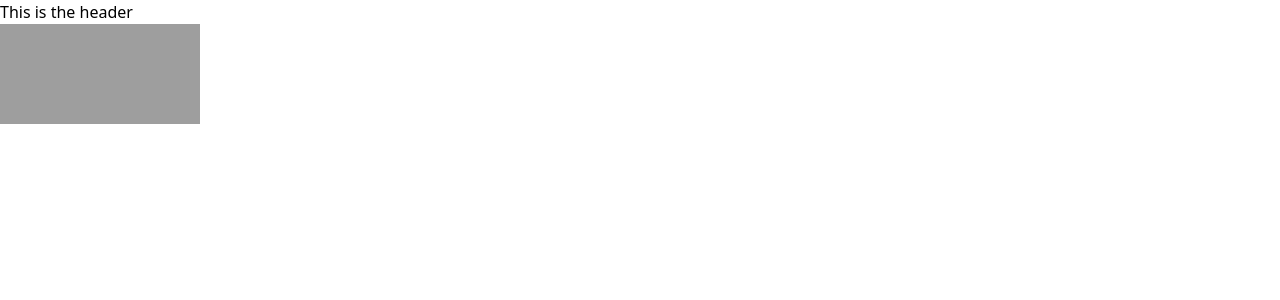
Repository: jafredk/hulu-2
Page: /
An editor plug-in stored every save of this project. The page is shown before and after the next save, followed by the edit.
The browser window is 1280 px wide. The pictures show the whole page.
Pictures or frames that could not be fetched are drawn as grey boxes. The project was rebuilt for these pictures with package versions that can differ from the ones it lists, and the page was loaded fresh each time. The framework's server and built-in components were replaced by stand-ins that run in the browser. Also part of the build but not shown: next.config.js.

Above is the page before, as saved 2021-11-01 12:49:52.

After the next save:
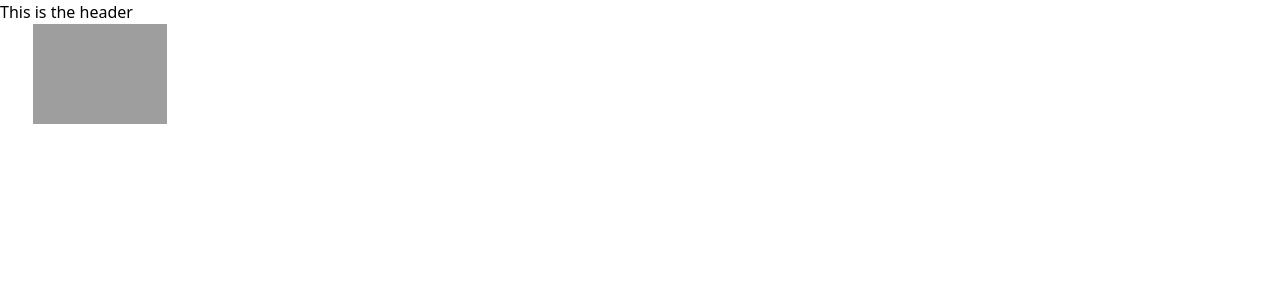
Saved 9 min 24 s later.
--- a/components/Header.js
+++ b/components/Header.js
@@ -5,7 +5,7 @@ function Header() {
         <header className="">
             <h1>This is the header</h1>
 
-            <Image src="https://links.papareact.com/ua6" width={200} height={100} />
+            <Image className="object-contain bg " src="https://links.papareact.com/ua6" width={200} height={100} />
         </header>
     );
 }
